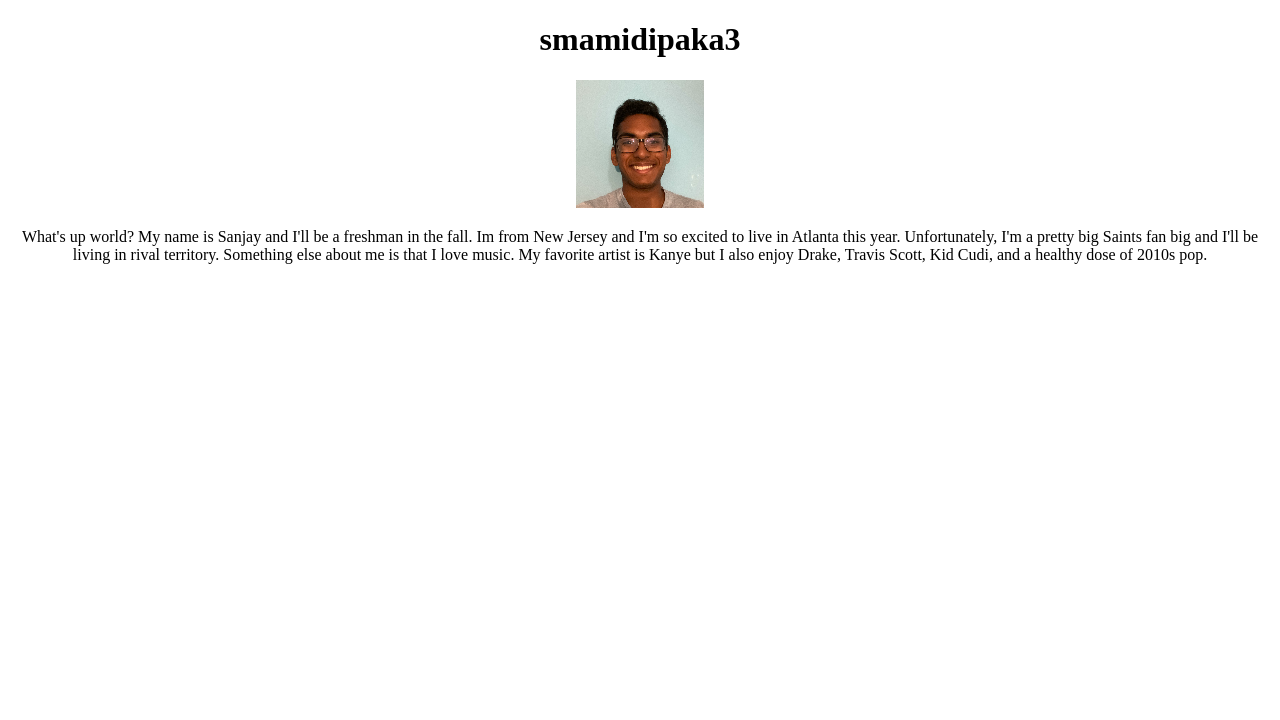
Repository: sanjayMamidipaka/cs1301
Page: lab01/index.html
An editor plug-in stored every save of this project. The page is shown before and after a run of saves, followed by the edit.
The browser window is 1280 px wide. The pictures show the whole page.

Above is the page before, as saved 2021-07-22 15:59:21.

### lab01/index.html
<!DOCTYPE html>

<head>
    <link rel="stylesheet" href="style.css">
  </head>

  <div class = "h1">
    <h1>smamidipaka3</h1>

    <img src="image.png" alt="My Picture">
    <p class = 'description'>
        What's up world? My name is Sanjay and I'll be a freshman in the fall. Im from New Jersey and I'm so excited to live in Atlanta this year.
        Unfortunately, I'm a pretty big Saints fan big and I'll be living in rival territory. Something else about me is that I love music. My favorite artist is Kanye but
        I also enjoy Drake, Travis Scott, Kid Cudi, and a healthy dose of 2010s pop.
    </p>
  </div>

### lab01/style.css
.h1 {
    text-align: center
}

.description {
    width: 100px,
    text-align: right
}

After the next 2 saves:
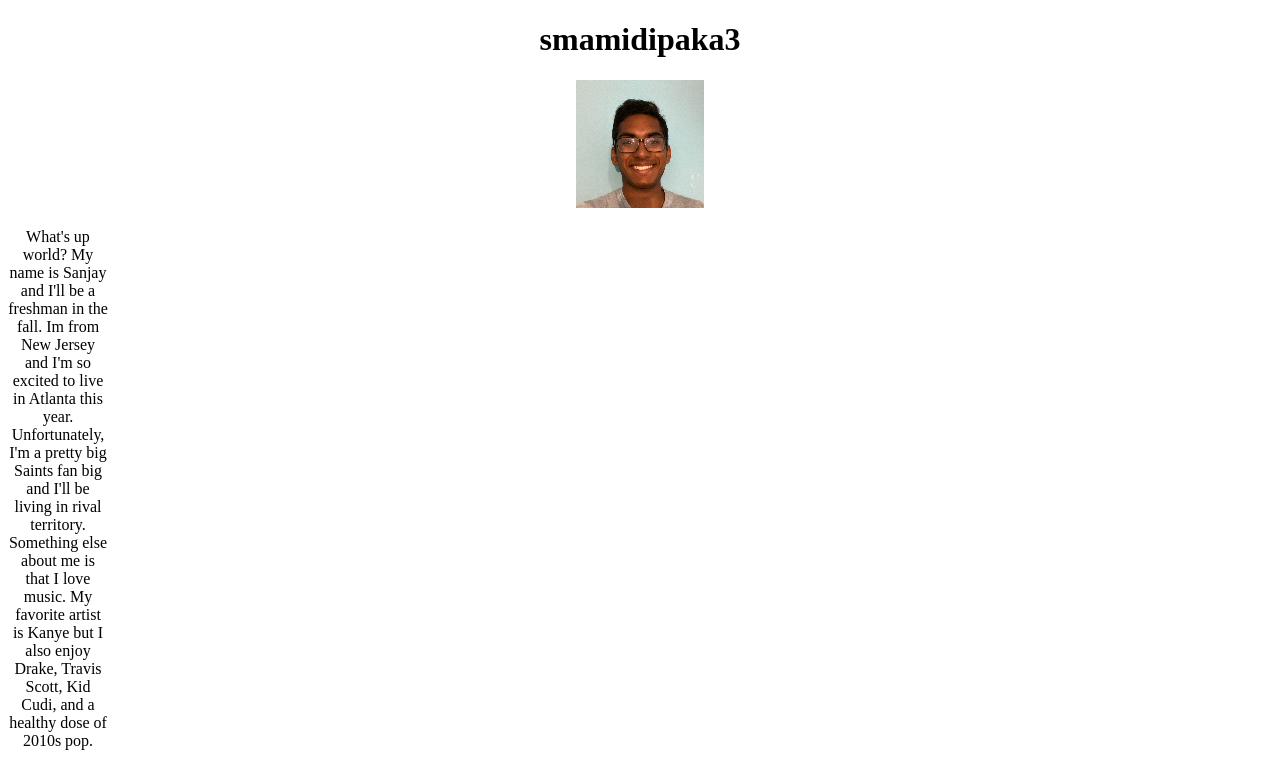
The 2 saves are shown as one change because they came seconds apart.
The last was saved 13 s later.
--- a/lab01/style.css
+++ b/lab01/style.css
@@ -3,6 +3,5 @@
 }
 
 .description {
-    width: 100px,
-    text-align: right
+    width: 100px
 }

After the 3 saves that followed:
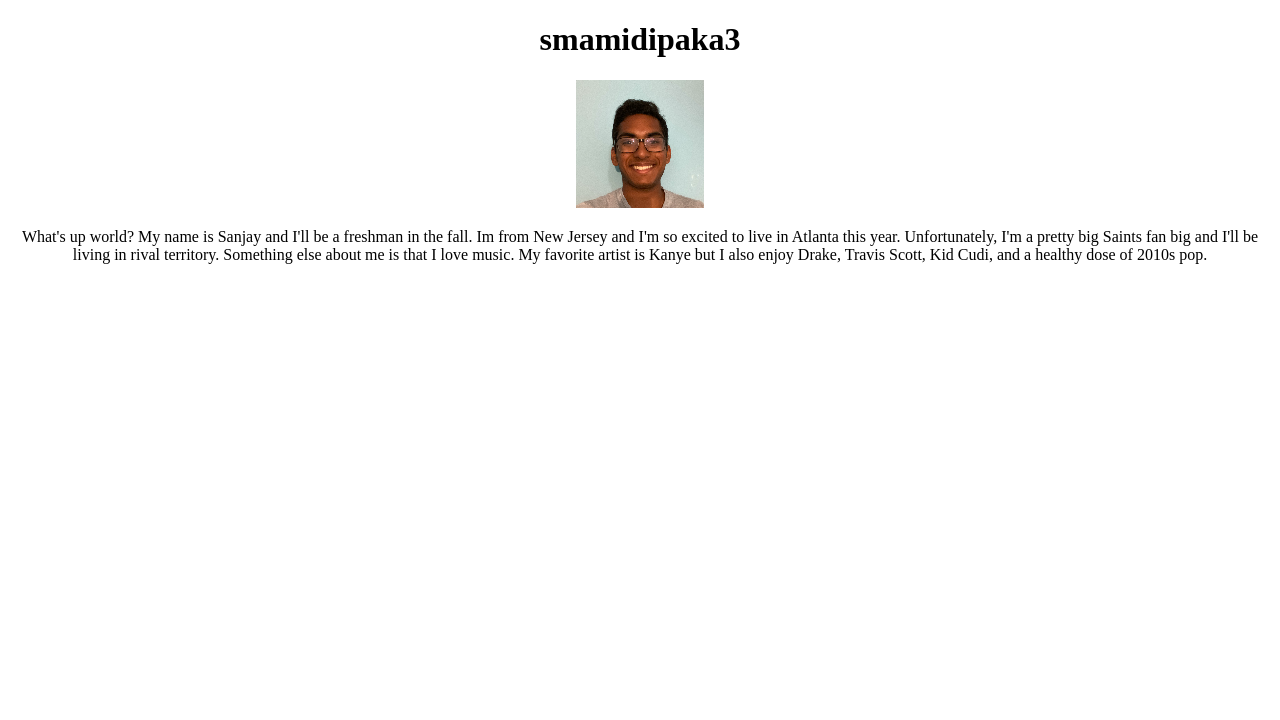
The 3 saves are shown as one change because they came seconds apart.
The last was saved 9 s later.
--- a/lab01/style.css
+++ b/lab01/style.css
@@ -4,4 +4,5 @@
 
 .description {
     width: 100px
+    height: 50px
 }
